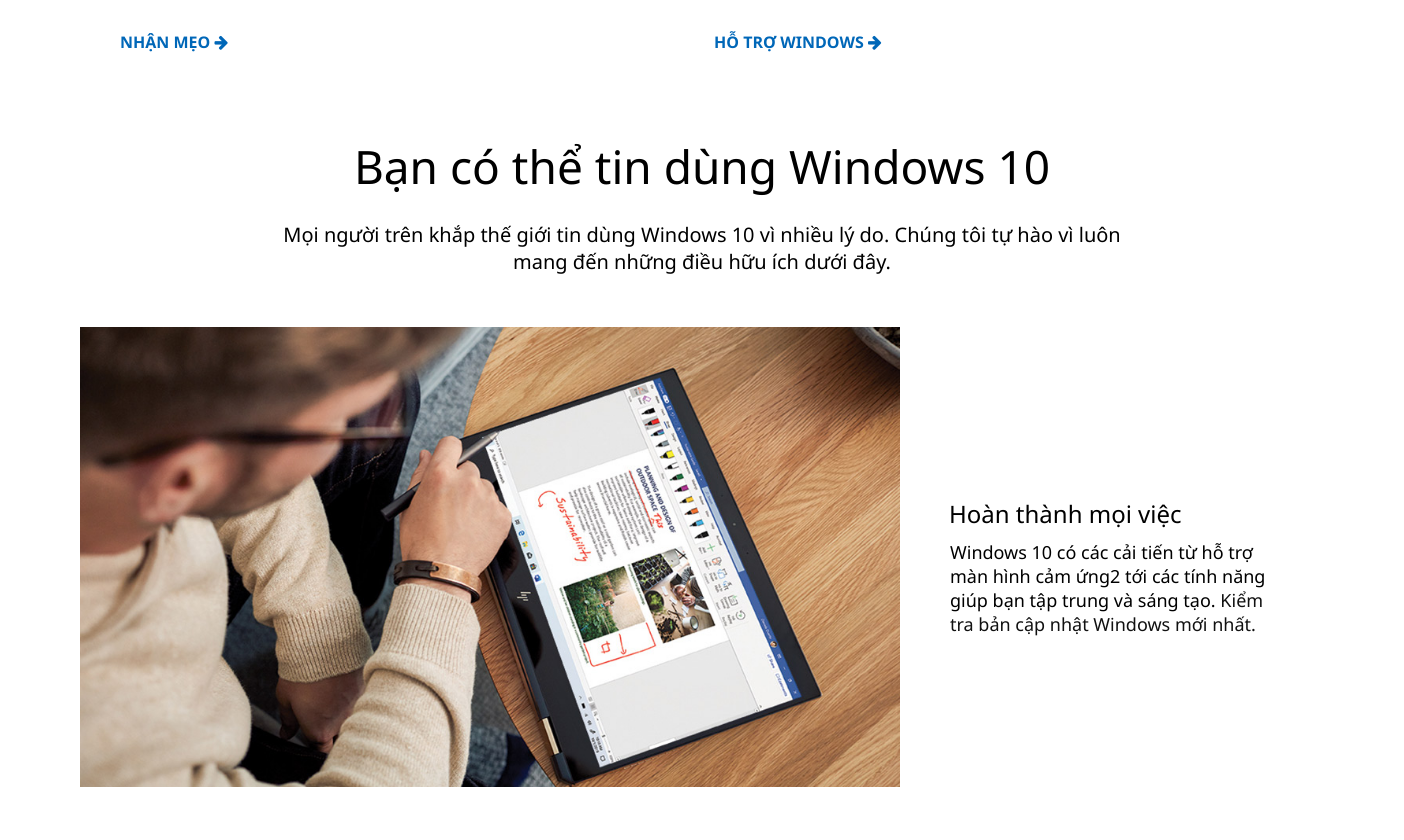
Repository: hoangphuong965/clone-Microsoft---practice
Page: index.html
The author's editor kept a copy of each file at every save. The page is drawn from the files as they stood at one save, then again after a run of saves.
The browser window is 1280 px wide. The page is 1404 px wide, so the pictures cover 1404 px, including what lies to the right of the window. The pictures show the part of the page from y = 1331 to 2171 px (the page is 2171 px tall).

Above is the page before, as saved 2020-06-10 21:15:48.

After the next 2 saves:
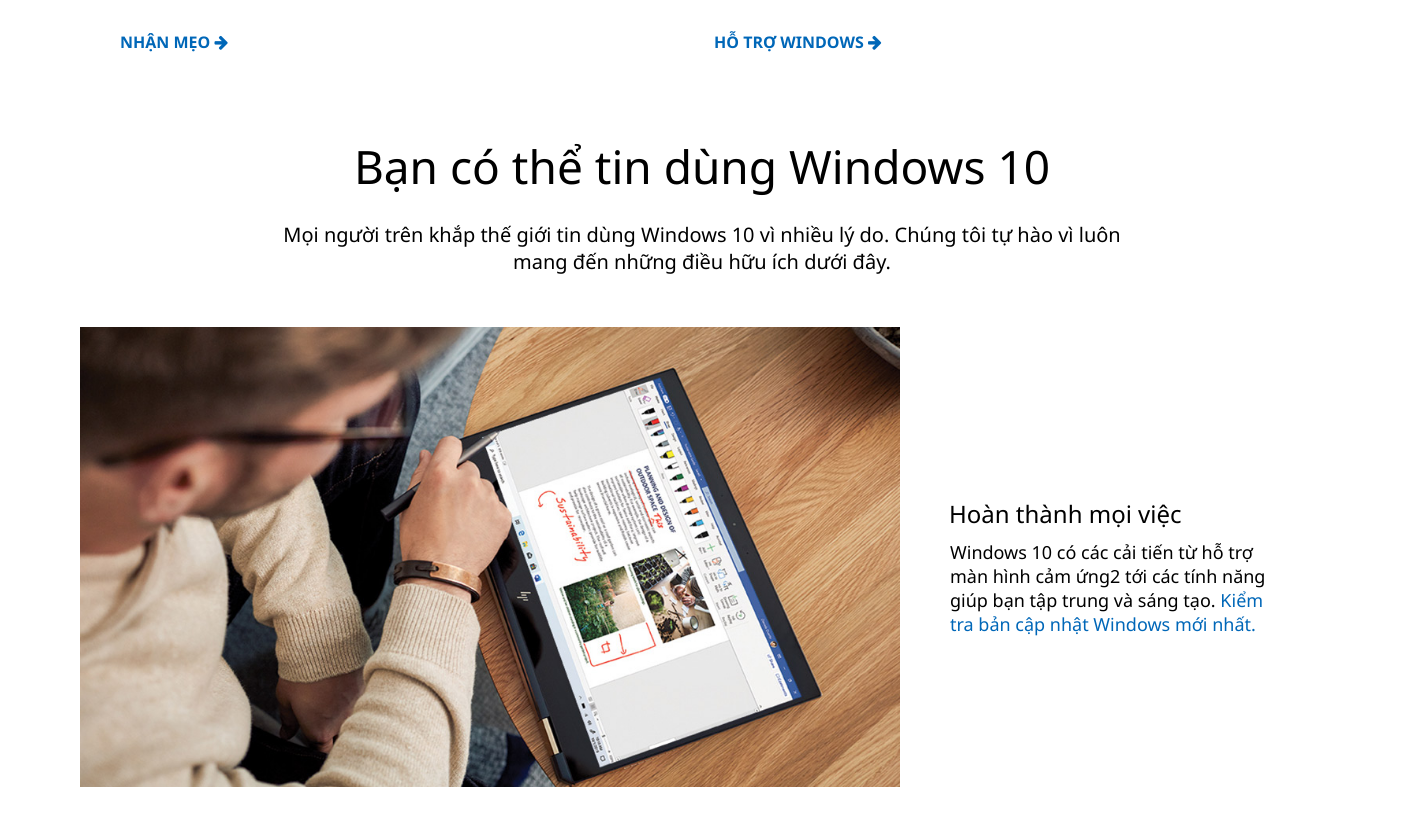
The 2 saves are shown as one change because they came seconds apart.
The last was saved 6 s later.
--- a/style.css
+++ b/style.css
@@ -169,4 +169,6 @@
   line-height: 24px;
   font-weight: 200;
 }
-.f
+.feature-text-right a{
+  color: #0067b8;
+}
